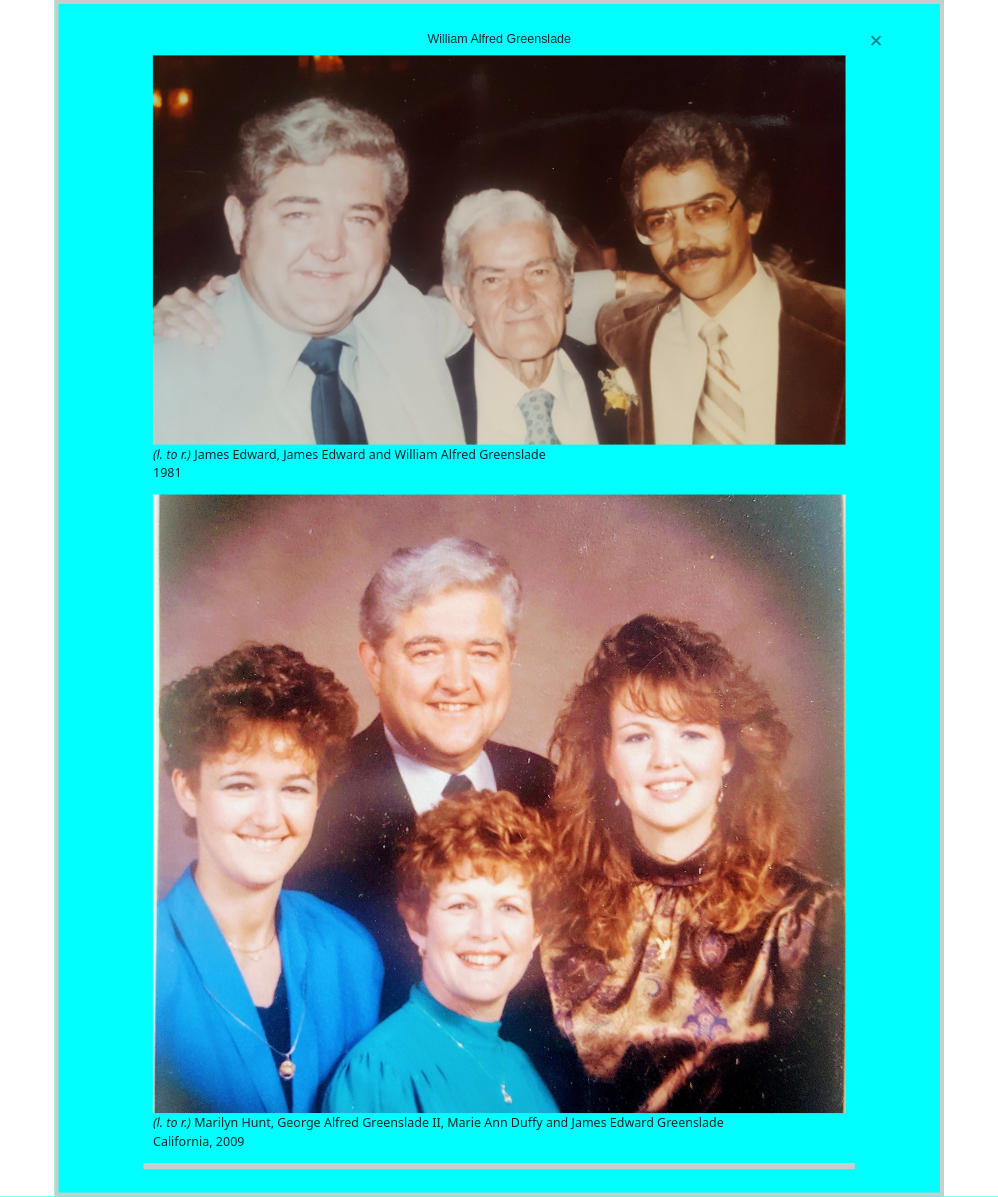
Repository: George2916/GreensladeFamilyTree
Page: photoWilliamAlfredGreenslade.html
The author's editor kept a record of every edit. The page is drawn from the files as they stood at one moment, then again after the next edit.
The browser window is 1280 px wide. The pictures show the whole page, at 78% of full size.

Above is the page before.

### photoWilliamAlfredGreenslade.html
<!doctype html>
<html lang="en">
<head>

    <meta charset="utf-8">
    <meta http-equiv="X-UA-Compatible" content="IE-edge">
    <meta name="viewport" content="width=device-width, initial-scale=1">
    <!--[if lt IE 9]
        <script src="https://oss.maxcdn.com/html5shiv/3.7.2/html5shiv.min.js"></script>
        <script src="https://oss.maxcdn.com/respond/1.4.2/respond.min.js"></script>
    <![endif]-->

    <link rel="stylesheet" type="text/css" href="css/bootstrap.css">
    <link rel="stylesheet" type="text/css" href="css/myStyle.css">

 <title>William Alfred Greenslade Photos</title>

</head>
<body>

<div class="container background">

     <div class="row">

        <div class="col-1" >
        </div>

        <div class="col-10">
            <h6 id="headingZZZ">William Alfred Greenslade</h6>
        </div>

  		<div class="col-1">
  		    <button onclick="goingBack()" id="btn-ZZZ"><!--&times; &#10006;-->&#x2715;</button>
        </div>

    </div>

    <div class="row"> <!--row-->

        <div class="col-12 col-md-1">
        </div>

        <div class="col-12 col-md-10">
            <img class="img-fluid" src="images/williamAlfredGreenslade(1).jpg">
            <p><i>(l. to r.)</i>&nbsp;James Edward, James Edward and William Alfred Greenslade<br>1981</p>
        </div>

        <div class="col-12 col-md-1">
        </div>

    </div> <!--closes row-->

    <div class="row"> <!--row-->

        <div class="col-12 col-md-1">
        </div>

        <div class="col-12 col-md-10 borderBottom">
            <img class="img-fluid" src="images/jamesGreensladeBorn1937(1).jpg">
            <p><i>(l. to r.)</i>&nbsp;Marilyn Hunt, George Alfred Greenslade II, Marie Ann Duffy and James Edward Greenslade<br>California, 2009</p>
        </div>

        <div class="col-12 col-md-1">
        </div>

    </div> <!--closes row-->

</div> <!--closes container-->

<script src="js/bootstrap.js"></script>
<script src="js/myJavascript.js"></script>

</body>
</html>

Loaded but not shown: css/bootstrap.css (library); js/bootstrap.js (library); js/myJavascript.js (252 lines, source omitted); css/myStyle.css (993 lines, source omitted)

After the next edit:
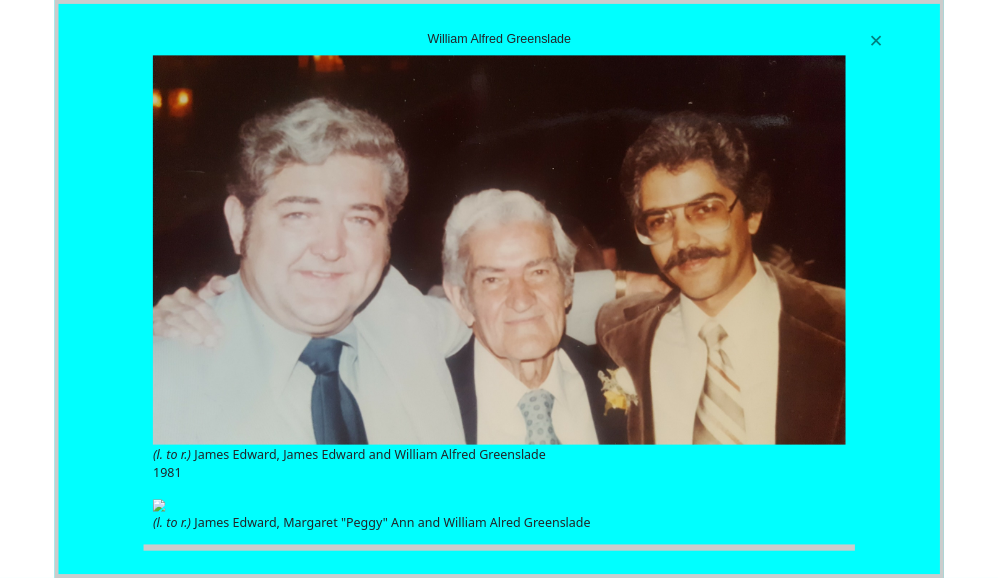
Not found: images/wiliamAlfredGreenslade(2).jpg
The edit:
--- a/photoWilliamAlfredGreenslade.html
+++ b/photoWilliamAlfredGreenslade.html
@@ -56,8 +56,8 @@
         </div>
 
         <div class="col-12 col-md-10 borderBottom">
-            <img class="img-fluid" src="images/jamesGreensladeBorn1937(1).jpg">
-            <p><i>(l. to r.)</i>&nbsp;Marilyn Hunt, George Alfred Greenslade II, Marie Ann Duffy and James Edward Greenslade<br>California, 2009</p>
+            <img class="img-fluid" src="images/wiliamAlfredGreenslade(2).jpg">
+            <p><i>(l. to r.)</i>&nbsp;James Edward, Margaret "Peggy" Ann and William Alred Greenslade</p>
         </div>
 
         <div class="col-12 col-md-1">

After the 3 edits that followed:
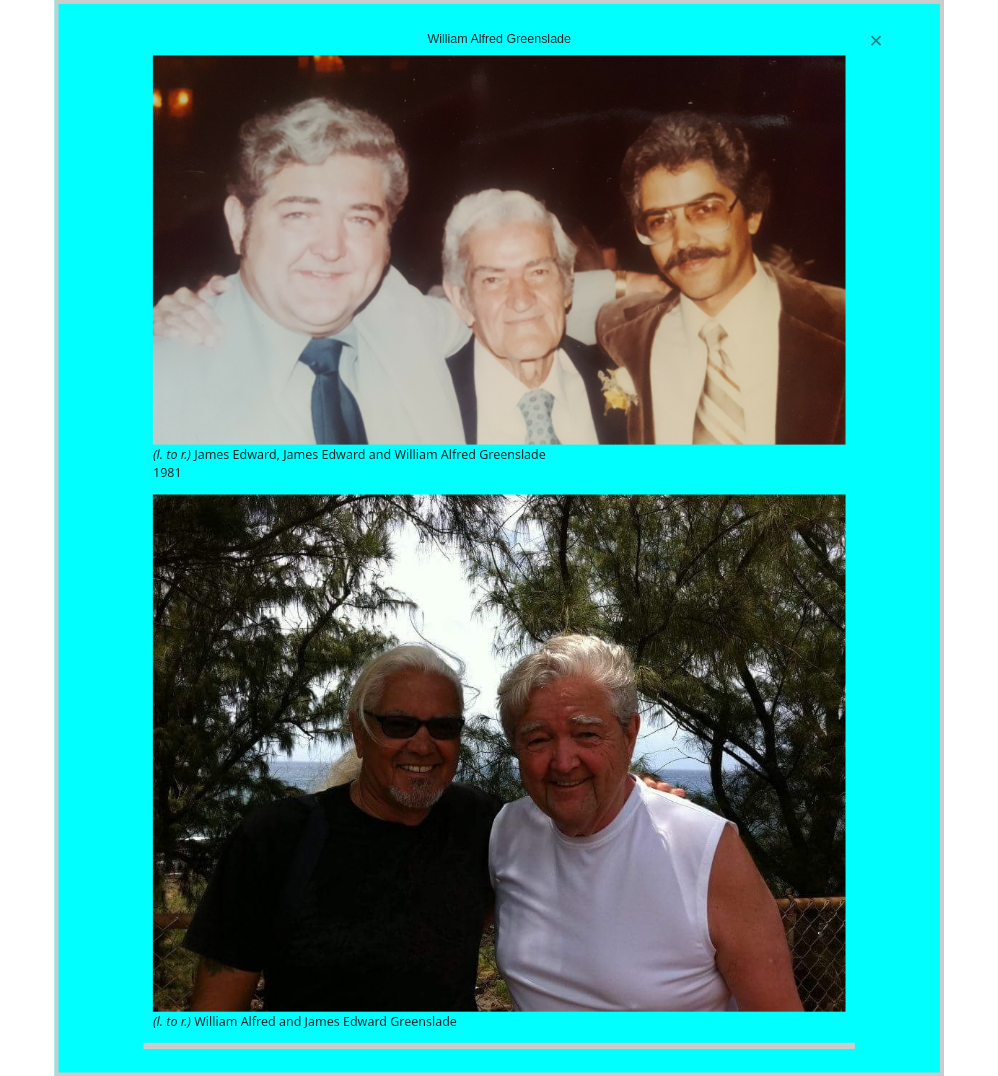
The 3 edits are shown as one change because 2 left the picture as it was.
The edit:
--- a/photoWilliamAlfredGreenslade.html
+++ b/photoWilliamAlfredGreenslade.html
@@ -50,20 +50,20 @@
 
     </div> <!--closes row-->
 
-    <div class="row"> <!--row-->
+    <div class="row"> <!--second row-->
 
         <div class="col-12 col-md-1">
         </div>
 
         <div class="col-12 col-md-10 borderBottom">
-            <img class="img-fluid" src="images/wiliamAlfredGreenslade(2).jpg">
-            <p><i>(l. to r.)</i>&nbsp;James Edward, Margaret "Peggy" Ann and William Alred Greenslade</p>
+            <img class="img-fluid" src="images/williamAlfredGreenslade(2).jpg">
+            <p><i>(l. to r.)</i>&nbsp;William Alfred and James Edward Greenslade</p>
         </div>
 
         <div class="col-12 col-md-1">
         </div>
 
-    </div> <!--closes row-->
+    </div> <!--closes second row-->
 
 </div> <!--closes container-->
 
